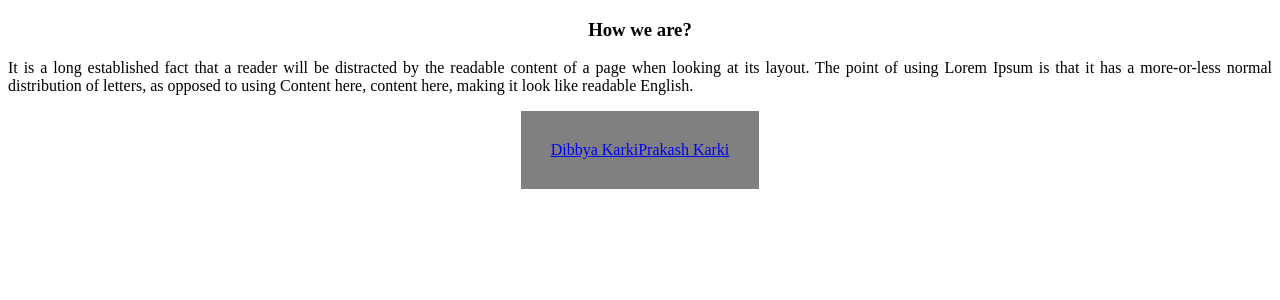
Repository: Dibbya65/Django-Basic
Page: http://localhost/about/
These files come from the project's save history. The page is drawn as it stood at one moment and after the next save; the edit follows.
The browser window is 1280 px wide. The pictures show the whole page.
The page is served by the project's application, run on Django 3.2 (manage.py). Other server files are loaded and not shown.

Above is the page before, as saved 2021-11-14 03:14:21.

### base/templates/base/about.html
{% extends "layouts/master.html" %}

{% block title %} About Us {% endblock title %}

{% block content %}
<h3 style="text-align:center">{{about_page_title}}</h3>
<p style="text-align:justify">{{about_page_description}}</p>
{%if teams %}
<div style="display:flex;justify-content:center;align-items:center;">
<div style="width:505;display:flex;justify-content:space-between;align-items:center;background-color:gray;padding:30px;">
{%for team in teams %}
    <a href="{% url 'about-detail' team.id %}">{{ team.name}}</a>
{%endfor%}
</div>
</div>
{%else%}
<p>No teams</p>
{%endif%}
{% endblock content %}

### templates/layouts/master.html
<!DOCTYPE html>
<html lang="en">
  <head>
    <meta charset="UTF-8" />
    <meta http-equiv="X-UA-Compatible" content="IE=edge" />
    <meta name="viewport" content="width=device-width, initial-scale=1.0" />
    <title>MySite | {% block title %} {% endblock %}</title>
  </head>
  <body>
    {% block content %}{% endblock %}
  </body>
</html>

### base/views.py
from django.shortcuts import render

# Create your views here.

teams = [
    {'id': 1, 'name': 'Dibbya Karki'},
    {'id': 2, 'name': 'Prakash Karki'}
]

about_page_title = 'How we are?'
about_page_description = 'It is a long established fact that a reader will be distracted by the readable content of a page when looking at its layout. The point of using Lorem Ipsum is that it has a more-or-less normal distribution of letters, as opposed to using Content here, content here, making it look like readable English.'


def home(request):
    return render(request, 'base/home.html')


def about(request):
    context = {'about_page_title': about_page_title,
               'about_page_description': about_page_description, 'teams': teams}
    return render(request, 'base/about.html', context)


def aboutdetail(request, pk):
    team = None
    for i in teams:
        if(i['id']) == int(pk):
            team = i
    context = {'team': team}
    return render(request, 'base/single-team.html', context)

### studybud/urls.py
"""studybud URL Configuration

The `urlpatterns` list routes URLs to views. For more information please see:
    https://docs.djangoproject.com/en/3.2/topics/http/urls/
Examples:
Function views
    1. Add an import:  from my_app import views
    2. Add a URL to urlpatterns:  path('', views.home, name='home')
Class-based views
    1. Add an import:  from other_app.views import Home
    2. Add a URL to urlpatterns:  path('', Home.as_view(), name='home')
Including another URLconf
    1. Import the include() function: from django.urls import include, path
    2. Add a URL to urlpatterns:  path('blog/', include('blog.urls'))
"""
from django.contrib import admin
from django.urls import path, include


urlpatterns = [
    path('admin/', admin.site.urls),
    path('', include('base.urls'))
]

### base/urls.py
from django.urls import path
from . import views

urlpatterns = [
    path('', views.home, name="home"),
    path('about/', views.about, name="about"),
    path('about/<str:pk>', views.aboutdetail, name="about-detail"),
]

After the next save:
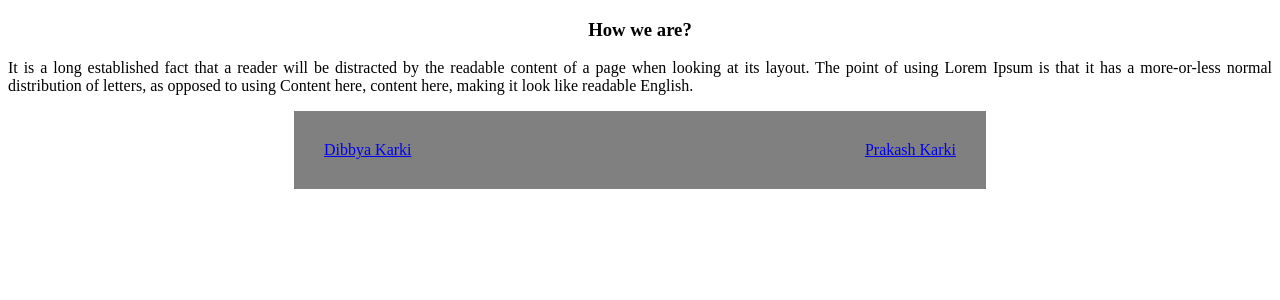
Saved 18 s later.
--- a/base/templates/base/about.html
+++ b/base/templates/base/about.html
@@ -7,7 +7,7 @@
 <p style="text-align:justify">{{about_page_description}}</p>
 {%if teams %}
 <div style="display:flex;justify-content:center;align-items:center;">
-<div style="width:505;display:flex;justify-content:space-between;align-items:center;background-color:gray;padding:30px;">
+<div style="width:50%;display:flex;justify-content:space-between;align-items:center;background-color:gray;padding:30px;">
 {%for team in teams %}
     <a href="{% url 'about-detail' team.id %}">{{ team.name}}</a>
 {%endfor%}
